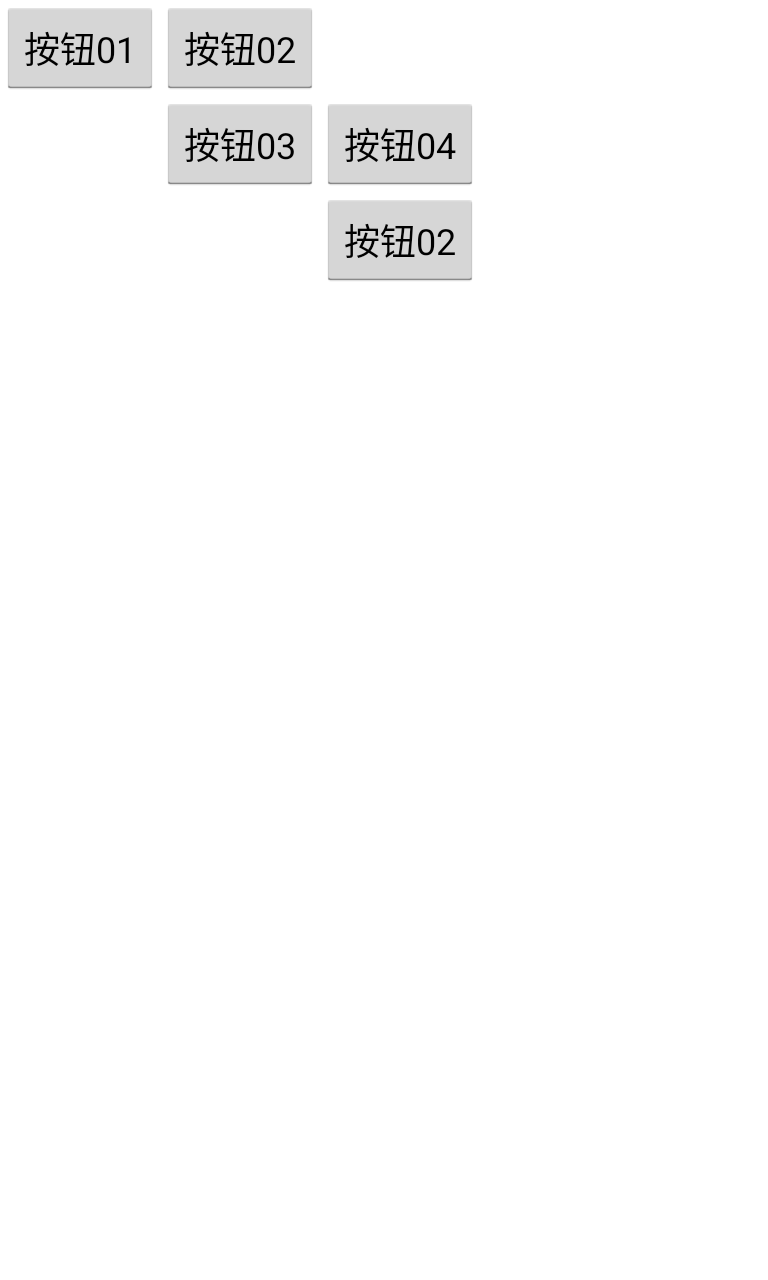
Repository: sonyi/androidClass
Layout: androidExercise/Android_003_TableLayout/res/layout/activity_main.xml
The author's editor kept a copy of each file at every save. The layout is drawn from the files as they stood at one save, then again after the next save.
It is drawn on a 768 x 1280 px phone screen (xhdpi) without system bars, with theme AppTheme; the app's code is not run.

Above is the layout before, as saved 2014-05-29 05:08:04.

After the next save:
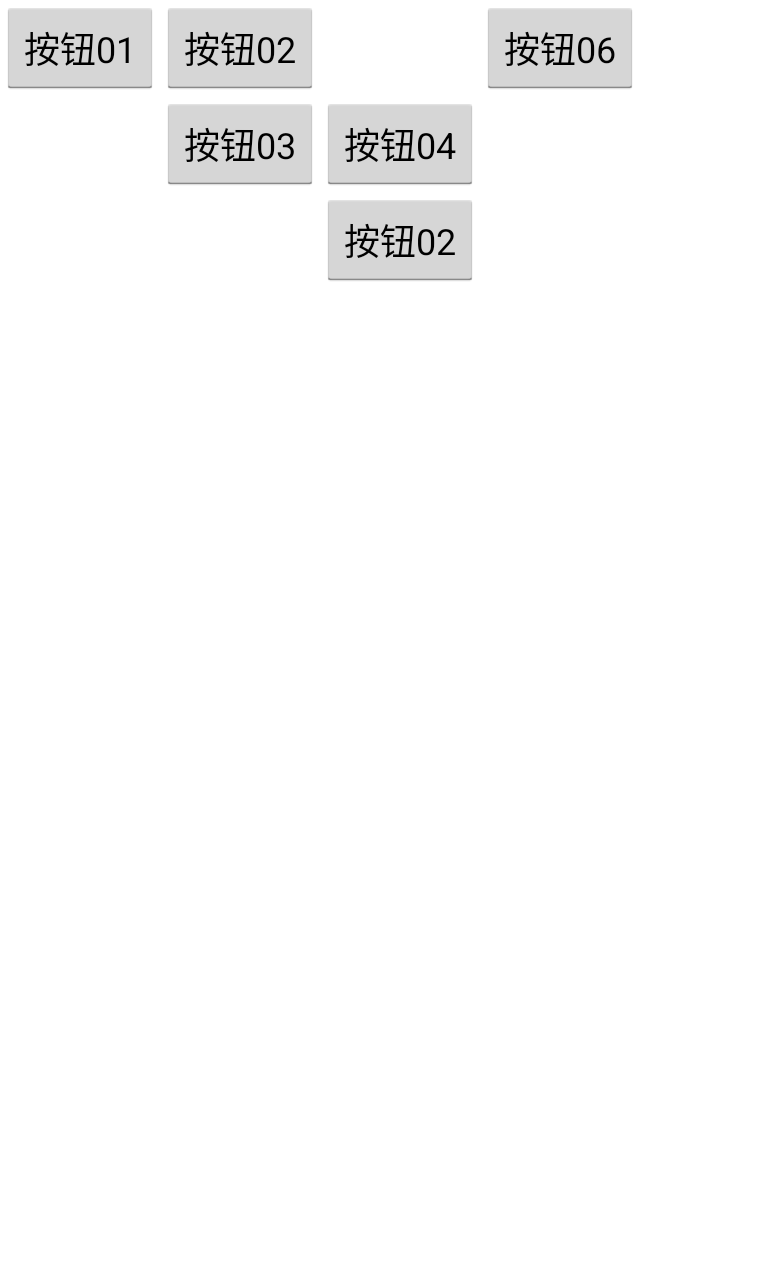
Saved 85 s later.
--- a/androidExercise/Android_003_TableLayout/res/layout/activity_main.xml
+++ b/androidExercise/Android_003_TableLayout/res/layout/activity_main.xml
@@ -19,6 +19,13 @@
             android:layout_height="wrap_content"
             android:layout_column="1"
             android:text="按钮02" />
+
+        <Button
+            android:id="@+id/btn_06"
+            android:layout_width="wrap_content"
+            android:layout_height="wrap_content"
+            android:layout_column="3"
+            android:text="按钮06" />
     </TableRow>
 
     <TableRow>
